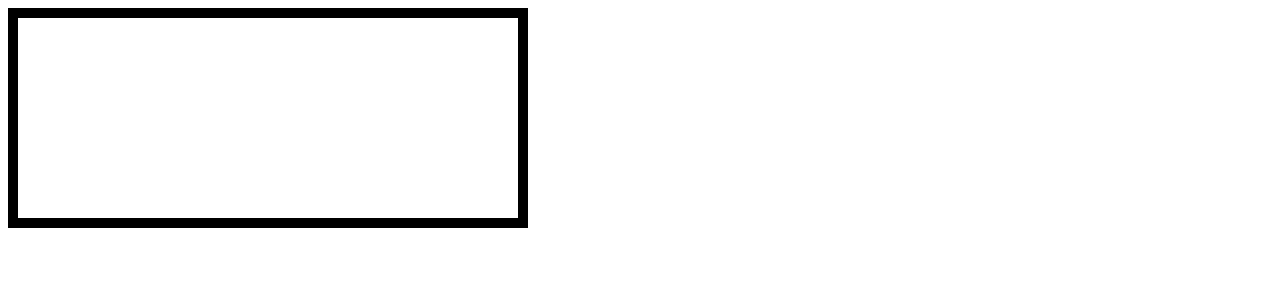
Repository: jsj961/bulletin-board-system
Page: http://localhost/BBS/madeby.jsp
An editor plug-in stored every save of this project. The page is shown before and after the next save, followed by the edit.
The browser window is 1280 px wide. The pictures show the whole page.
Some web fonts or font styles are not loaded; a fallback is used. The page is served by Tomcat 9. Other server files are loaded and not shown.

Above is the page before, as saved 2021-07-03 07:34:03.

### BBS/src/main/webapp/madeby.jsp
<%@ page language="java" contentType="text/html; charset=UTF-8"
    pageEncoding="UTF-8"%>
<!DOCTYPE html>
<html>
<head>
<meta charset="UTF-8">
<link rel="stylesheet" href="css/custom.css">
<title>JSP 게시판 웹 사이트</title>
<style type="text/css">
	a, a:hover {
		color: #000000;
		text-decoration: none;
	}
</style>
</head>
<body>
	<div class="box" style="width: 500px; height: 200px; border: 10px solid black;"></div>
</body>
</html>

Loaded but not shown: BBS/src/main/webapp/css/custom.css (common file)

After the next save:
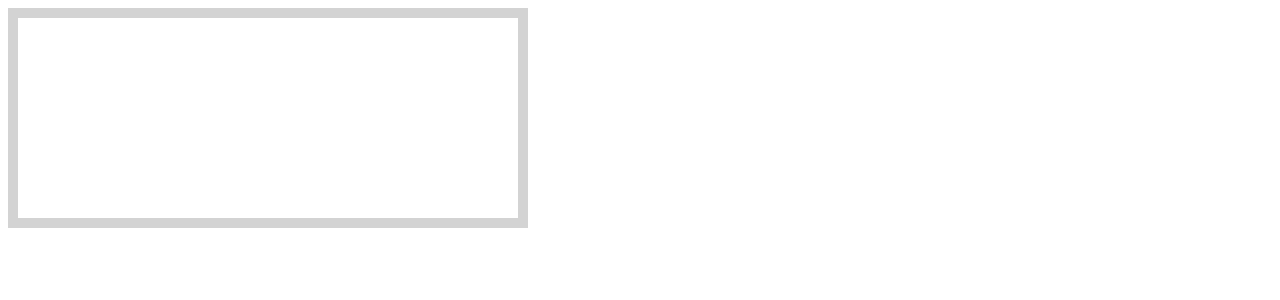
Saved 4 s later.
--- a/BBS/src/main/webapp/madeby.jsp
+++ b/BBS/src/main/webapp/madeby.jsp
@@ -14,6 +14,6 @@
 </style>
 </head>
 <body>
-	<div class="box" style="width: 500px; height: 200px; border: 10px solid black;"></div>
+	<div class="box" style="width: 500px; height: 200px; border: 10px solid lightgray;"></div>
 </body>
 </html>
